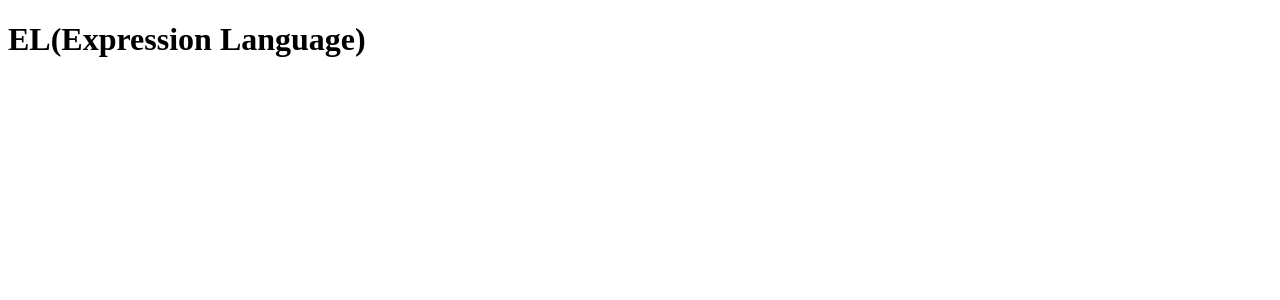
Repository: seungjoo1217/05_Server
Page: http://localhost/JSPProject2/elTest
The author's editor kept a copy of each file at every save. The page is drawn from the files as they stood at one save, then again after the next save.
The browser window is 1280 px wide. The pictures show the whole page.
The page is served by Tomcat 10.

Above is the page before, as saved 2024-03-22 03:15:57.

After the next save:
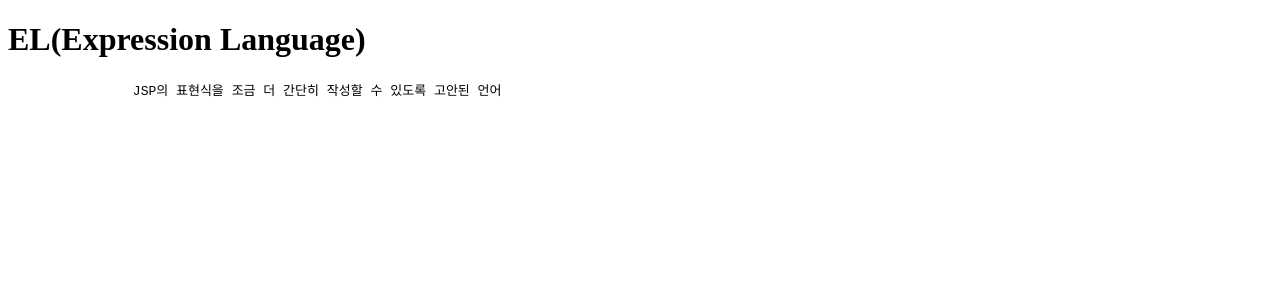
Saved 24 s later.
--- a/JSPProject2/src/main/webapp/WEB-INF/views/el/elTest.jsp
+++ b/JSPProject2/src/main/webapp/WEB-INF/views/el/elTest.jsp
@@ -8,5 +8,9 @@
 </head>
 <body>
 	<h1>EL(Expression Language)</h1>
+
+	<pre>
+		JSP의 표현식을 조금 더 간단히 작성할 수 있도록 고안된 언어
+	</pre>
 </body>
 </html>
